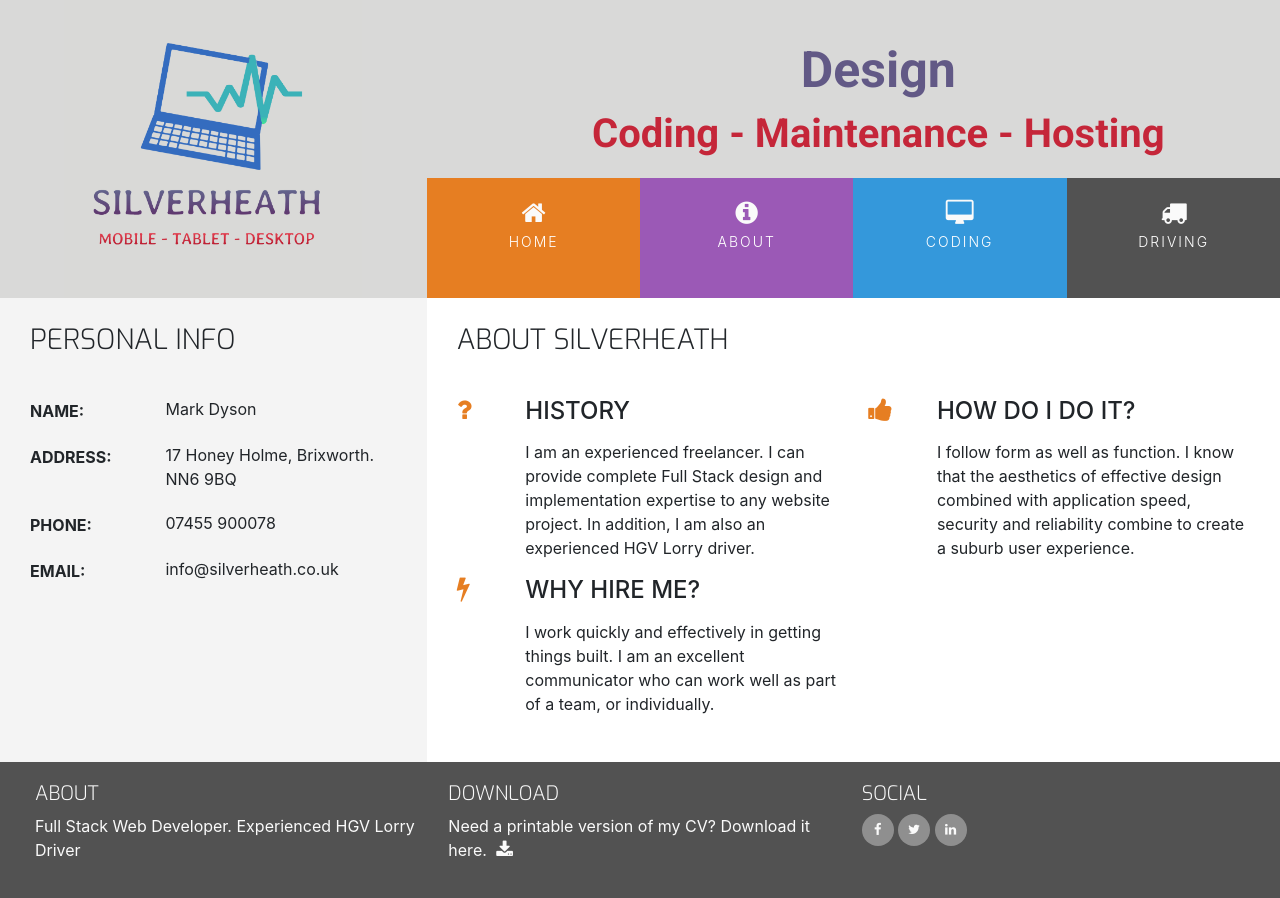
Repository: Code-Institute-Submissions/silverheath
Page: about.html
The author's editor kept a record of every edit. The page is drawn from the files as they stood at one moment, then again after the next edit.
The browser window is 1280 px wide. The pictures show the whole page.
Some web libraries are served in a nearby version.

Above is the page before.

### about.html
<!DOCTYPE html>
<html lang="en">

<head>
    <meta charset="UTF-8">
    <meta name="viewport" content="width=device-width, initial-scale=1.0">
    <meta http-equiv="X-UA-Compatible" content="ie=edge">
    <link rel="stylesheet" href="https://maxcdn.bootstrapcdn.com/bootstrap/4.2.1/css/bootstrap.min.css" type="text/css" />
    <link rel="stylesheet" href="https://maxcdn.bootstrapcdn.com/font-awesome/4.7.0/css/font-awesome.min.css" type="text/css" />
    <link rel="stylesheet" href="https://cdnjs.cloudflare.com/ajax/libs/hover.css/2.1.1/css/hover-min.css" type="text/css" />
    <link rel="stylesheet" href="assets/css/style.css">
    <title>SilverHeath</title>
</head>

<body>
    <header>
        <div class="row no-gutters">
            <a class="col-md-4 logo" href="02-index.html"></a>
            <div class="col-md-8">
                <div class="row no-gutters bg-color-name-title">
                    <div class="col heading">
                        <h1 class="name" <h1 class="name">Design</h1>
                        <h2 class="title">Coding - Maintenance - Hosting</h2>
                    </div>
                </div>
                <div class="row no-gutters">
                    <div class="col">
                        <ul id="nav" class="list-inline menucontainer">
                            <li class="col-6 col-sm-3 list-inline-item ui-menu-color-home menuitem">
                                <a href="index.html" class="hvr-sweep-to-bottom"><i class="fa fa-home" aria-hidden="true"></i><span>Home</span></a>
                            </li>
                            <li class="col-6 col-sm-3 list-inline-item ui-menu-color-about menuitem">
                                <a href="about.html" class="hvr-sweep-to-bottom"><i class="fa fa-info-circle" aria-hidden="true"></i><span>About</span></a>
                            </li>
                            <li class="col-6 col-sm-3 list-inline-item ui-menu-color-contact menuitem">
                                <a href="coding_index.html" class="hvr-sweep-to-bottom"><i class="fa fa-desktop" aria-hidden="true"></i><span>Coding</span></a>
                            </li>
                            <li class="col-6 col-sm-3 list-inline-item ui-menu-color-download menuitem">
                                <a href="lorry_index.html" target="_blank" class="hvr-sweep-to-bottom"><i class="fa fa-truck" aria-hidden="true"></i><span>Driving</span></a>
                            </li>
                        </ul>
                    </div>
                </div>
            </div>
        </div>
    </header>
    <section class="container-fluid">
        <div class="row">
            <div class="col-md-4 bg-color-personal-info section-column">
                <div class="row">
                    <div class="col-12">
                        <h3 class="section-heading uppercase">
                            Personal Info
                        </h3>
                    </div>
                </div>
                <div class="personal-info-item">
                    <div class="key">
                        <p class="uppercase">
                            Name:
                        </p>
                    </div>
                    <div class="value">
                        <p>
                            Mark Dyson
                        </p>
                    </div>
                </div>
                <div class="personal-info-item">
                    <div class="key">
                        <p class="uppercase">
                            Address:
                        </p>
                    </div>
                    <div class="value">
                        <p>
                            17 Honey Holme, Brixworth. NN6 9BQ
                        </p>
                    </div>
                </div>
                <div class="personal-info-item">
                    <div class="key">
                        <p class="uppercase">
                            Phone:
                        </p>
                    </div>
                    <div class="value">
                        <p>
                            07455 900078
                        </p>
                    </div>
                </div>
                <div class="personal-info-item">
                    <div class="key">
                        <p class="uppercase">
                            Email:
                        </p>
                    </div>
                    <div class="value">
                        <p>
                            info@silverheath.co.uk
                        </p>
                    </div>
                </div>
            </div>
            <div class="col-md-8 bg-color-three-reasons section-column">
                <div class="row">
                    <div class="col">
                        <h3 class="section-heading uppercase">About SilverHeath</h3>
                    </div>
                </div>
                <div class="row">
                    <div class="col-10 offset-1 offset-sm-0 col-sm-4 col-md-6">
                        <div class="row">
                            <div class="col-2">
                                <i class="three-reasons-icon fa fa-question" aria-hidden="true"></i>
                            </div>
                            <div class="col-10">
                                <h4 class="three-reasons-heading uppercase">History</h4>
                                <p>
                                    I am an experienced freelancer. I can provide complete Full Stack design and implementation expertise to any website project. In addition, I am also an experienced HGV Lorry driver.
                                </p>
                            </div>
                        </div>
                    </div>
                    <div class="col-10 offset-1 offset-sm-0 col-sm-4 col-md-6">
                        <div class="row">
                            <div class="col-2">
                                <i class="three-reasons-icon fa fa-thumbs-up" aria-hidden="true"></i>
                            </div>
                            <div class="col-10">
                                <h4 class="three-reasons-heading uppercase">How do I do it?</h4>
                                <p>
                                    I follow form as well as function. I know that the aesthetics of effective design combined with application speed, security and reliability combine to create a suburb  user experience.
                                </p>
                            </div>
                        </div>
                    </div>
                    <div class="col-10 offset-1 offset-sm-0 col-sm-4 col-md-6">
                        <div class="row">
                            <div class="col-2">
                                <i class="three-reasons-icon fa fa-bolt" aria-hidden="true"></i>
                            </div>
                            <div class="col-10">
                                <h4 class="three-reasons-heading uppercase">Why hire me?</h4>
                                <p>

                                    I work quickly and effectively in getting things built. I am an excellent communicator who can work well as part of a team, or individually.

                                </p>
                            </div>
                        </div>
                    </div>
                </div>
            </div>
        </div>

    </section>
    <footer class="container-fluid">
        <div id="footer-details" class="row">
            <div class="col-sm-4">
                <h5 class="uppercase general-sub">About</h5>
                <p class="inline-block">
                    Full Stack Web Developer. Experienced HGV Lorry Driver
                </p>
            </div>
            <div class="col-sm-4">
                <h5 class="uppercase general-sub">Download</h5>
                <p class="inline-block">
                    Need a printable version of my CV? Download it here.
                    <a href="assets/cv/cv.pdf" target="_blank" class="cv-pdf">
                                    <i class="fa fa-download" aria-hidden="true"></i>
                                    <span class="sr-only">Download link.</span>
                                </a>
                </p>
            </div>
            <div class="col-sm-4">
                <h5 class="uppercase general-sub">Social</h5>
                <ul class="list-inline social-links">
                    <li class="list-inline-item">
                        <a target="_blank" href="https://www.facebook.com/T123MRD">
                                        <i class="fa fa-facebook" aria-hidden="true"></i>
                                        <span class="sr-only">Facebook</span>
                                    </a>
                    </li>
                    <li class="list-inline-item">
                        <a target="_blank" href="https://twitter.com/md1858">
                                        <i class="fa fa-twitter" aria-hidden="true"></i>
                                        <span class="sr-only">Twitter</span>
                                    </a>
                    </li>
                    <li class="list-inline-item">
                        <a target="_blank" href="https://www.linkedin.com/in/mark-dyson-ba7397a1/">
                                        <i class="fa fa-linkedin" aria-hidden="true"></i>
                                        <span class="sr-only">LinkedIn</span>
                                    </a>
                    </li>



                </ul>
            </div>
        </div>
    </footer>
</body>

</html>

### assets/css/style.css
@import url('https://fonts.googleapis.com/css?family=Roboto:100,200,300,400,500,600,700|Exo:100,200,300,400,500,600,700');

/*--------------------------------------------Colors*/

.bg-color-name-title {
    background-color: #D9D9D8;
}

.bg-color-three-reasons {
    background-color: #fff;
}

.bg-color-personal-info {
    background-color: #f4f4f4;
}

.bg-color-work-history {
    background-color: #9b59b6;
}

.bg-color-contact {
    background-color: #fff;
}

.ui-menu-color-home {
    background-color: #e67e22;
}

.ui-menu-color-resume {
    background-color: #9b59b6;
}

.ui-menu-color-about {
    background-color: #9b59b6;
}

.ui-menu-color-contact {
    background-color: #3498db;
}

.ui-menu-color-download {
    background-color: #525252;
}

.row-table {
    display: table;
}

.section-column {
    display: table-cell;
    padding: 0 30px 30px;
    float: none;
}

.section-heading {
    font-family: "Exo", sans-serif;
    font-weight: 300;
    margin-top: 25px;
    margin-bottom: 40px;
}

/* ----------------------------------------Special paddings/margins/text */

h1,
h2,
h3,
h4 {
    margin: 0;
}

.uppercase {
    text-transform: uppercase;
}

.general-sub {
    font-family: "Exo", sans-serif;
    font-weight: 300;
    color: #fafafa;
}

.inline-block {
    display: inline-block;
}

.row-table {
    display: table;
}

.section-column {
    display: table-cell;
    padding: 0 30px 30px;
    float: none;
}

.history-heading,
.section-heading {
    font-family: "Exo", sans-serif;
    font-weight: 300;
    margin-top: 25px;
    margin-bottom: 40px;
}


/*--------------------------------------------Heading*/

header {
    margin: 0;
}

.heading {
    margin-top: 30px;
    margin-left: 50px;
}

.logo {
    background: url("../images/logo.jpg");
    background-position: center;
    background-repeat: no-repeat;
    background-size: contain;
    background-color: #D9D9D8;
    min-height: 200px;
    transition: all .5s ease-in-out;
    -moz-transition: all .5s ease-in-out;
    -webkit-transition: all .5s ease-in-out;
}

.name {
    font-family: "Roboto", sans-serif;
    font-weight: 800;
    font-size: 50px;
    margin-top: 10px;
    margin-bottom: 10px;
    color: #625986;
    text-align: center;
}

.title {
    font-family: "Roboto", sans-serif;
    font-weight: 800;
    font-size: 40px;
    margin-top: 5px;
    margin-bottom: 20px;
    color: #C52639;
    text-align: center;
}

.list-inline-item:not(:last-child) {
    margin: 0;
}

.menucontainer {
    font-size: 0;
}

#nav li {
    font-size: 14px;
    padding: 0;
}

#nav {
    margin: 0;
}

.menuitem {
    height: 120px;
    text-align: center;
    padding: 0;
}

.menuitem a {
    width: 100%;
    text-decoration: none;
    color: #fff;
    height: 120px;
}

.menuitem a i {
    padding-top: 22px;
    display: block;
    color: #fafafa;
    font-size: 26px;
}

.menuitem span {
    display: block;
    width: 100%;
    padding-top: 5px;
    text-align: center;
    text-transform: uppercase;
    font-size: 14px;
    font-weight: 300;
    letter-spacing: 2px;
}

/*--------------------------------------------Hover.css*/

.hvr-sweep-to-bottom:before {
    background: rgba(0, 0, 0, 0.2);
    height: 120px;
}

/* ----------------------------------------Footer */

footer {
    background-color: #525252;
    color: #fafafa;
    min-height: 120px;
    margin: 0;
}

.cv-pdf i {
    font-size: 18px;
    color: #fafafa;
    text-align: center;
    padding-left: 5px;
    transition: all 0.35s ease-in-out;
    -moz-transition: all 0.35s ease-in-out;
    -webkit-transition: all 0.35s ease-in-out;
    -o-transition: all 0.35s ease-in-out;
}

.cv-pdf i:hover {
    color: #e84610;
}

.social-links {
    padding-bottom: 15px;
}

.social-links li a i {
    width: 32px;
    height: 32px;
    padding: 12px 0;
    border-radius: 50%;
    font-size: 13px;
    line-height: 7px;
    text-align: center;
    color: #fafafa;
    background: #8f8f8f;
    transition: all 0.35s ease-in-out;
    -moz-transition: all 0.35s ease-in-out;
    -webkit-transition: all 0.35s ease-in-out;
    -o-transition: all 0.35s ease-in-out;
}

.social-links li a i:hover {
    background: #e84610;
}

#footer-details {
    padding: 20px;
}

/* ----------------------------------------Three Reasons */

.three-reasons-icon {
    font-size: 26px;
    color: #e67e22;
}

.three-reasons-heading {
    margin-bottom: 15px;
}

/* ----------------------------------------Personal Info */

.personal-info-item {
    margin-bottom: 20px;
    display: block;
    clear: both;
}

.personal-info-item .key,
.personal-info-item .value {
    padding-right: 8px;
    display: inline-block;
}

.personal-info-item .key p,
.personal-info-item .value p {
    margin: 0;
}

.personal-info-item .key {
    width: 30%;
    margin-right: 21px;
    padding-top: 2px;
    vertical-align: top;
}

.personal-info-item .key p {
    font-weight: 700;
}

.personal-info-item .value {
    position: relative;
    width: 60%;
}

/* ----------------------------------------Skills */

.progress {
    position: relative;
    height: 25px;
    margin-bottom: 4px;
}

.progress-type {
    position: absolute;
    left: 0px;
    font-weight: 400;
    padding: 3px 30px 2px 10px;
    color: #fafafa;
    background-color: rgba(25, 25, 25, 0.2);
}

.progress-section {
    margin: 40px 20px;
}

/* ----------------------------------------Work History */

.history-heading {
    color: #fafafa;
    margin-bottom: 50px;
}

.timeline-item {
    padding: 4em 2em 0em 2em;
    position: relative;
    color: #fafafa;
    border-left: 1px solid;
}

.timeline-item p {
    padding: 0;
    margin: 0;
}

.timeline-item:before {
    content: attr(data-dates);
    position: absolute;
    left: 2.5em;
    top: 3em;
    display: block;
    font-family: "Exo", sans-serif;
    font-weight: 500;
    font-size: 0.8em;
    padding: 0;
    margin: 0;
}

.timeline-item:after {
    width: 12px;
    height: 12px;
    display: block;
    top: 2.4em;
    position: absolute;
    left: -6px;
    border-radius: 12px;
    content: '';
    background: #fafafa;
}

.history-items {
    margin-bottom: 30px;
}

/* ----------------------------------------Contact Form */

.contact-heading {
    font-family: "Exo", sans-serif;
    font-weight: 300;
    margin-top: 25px;
    margin-bottom: 20px;
}

.center-form {
    padding-top: 10px;
    margin: 0 auto;
    max-width: 70%;
}

button[type="submit"] {
    margin-top: 15px;
    margin-bottom: 20px;
    color: #fafafa;
    background-color: #e84610;
}

/* ----------------------------------------Media Queries */

@media(min-width: 992px) {
    .center-form {
        padding-top: 30px;
        min-height: 240px;
        margin: 0 auto;
        max-width: 50%;
    }
}

After the next edit:
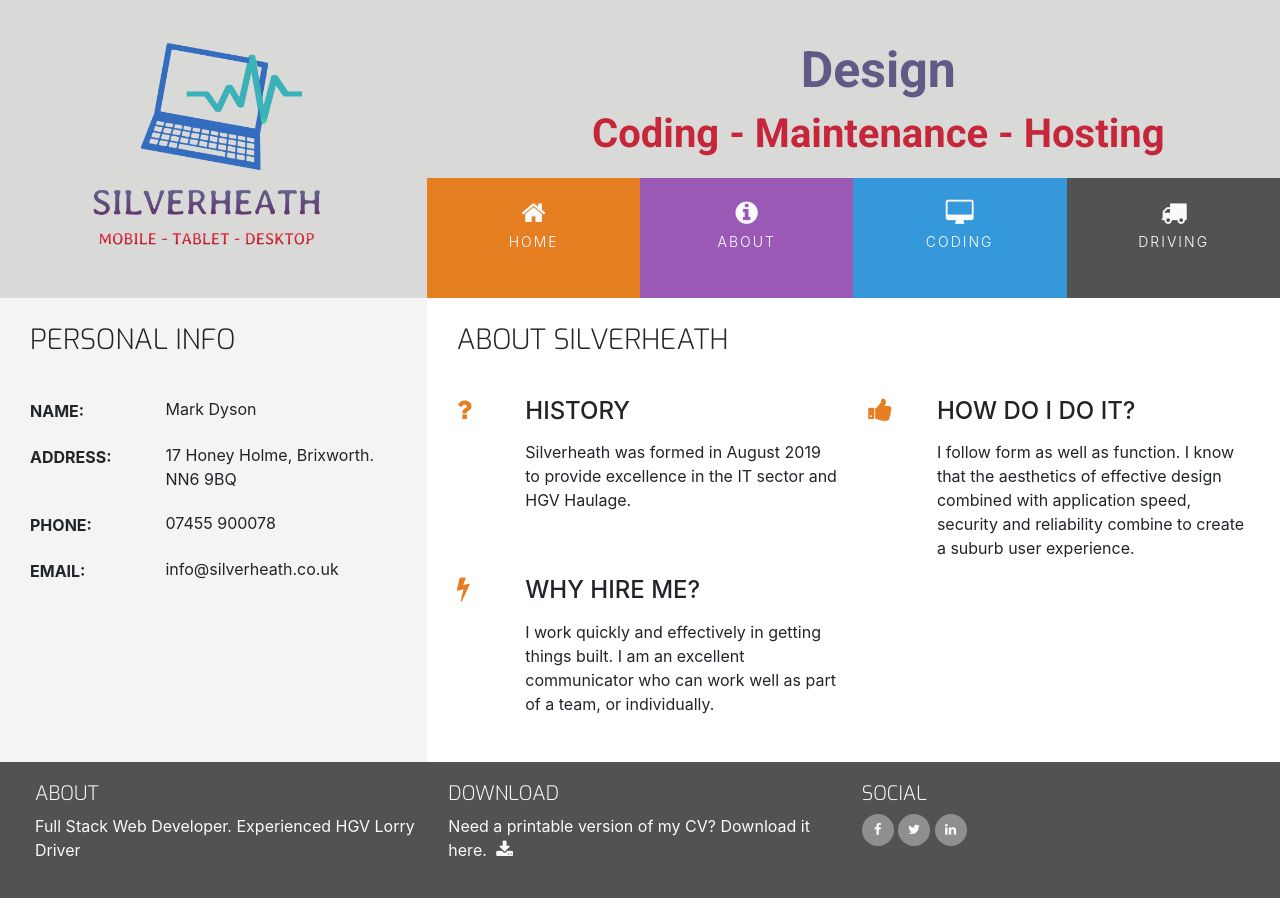
The edit:
--- a/about.html
+++ b/about.html
@@ -118,7 +118,7 @@
                             <div class="col-10">
                                 <h4 class="three-reasons-heading uppercase">History</h4>
                                 <p>
-                                    I am an experienced freelancer. I can provide complete Full Stack design and implementation expertise to any website project. In addition, I am also an experienced HGV Lorry driver.
+                                   Silverheath was formed in August 2019 to provide excellence in the IT sector and HGV Haulage.
                                 </p>
                             </div>
                         </div>
